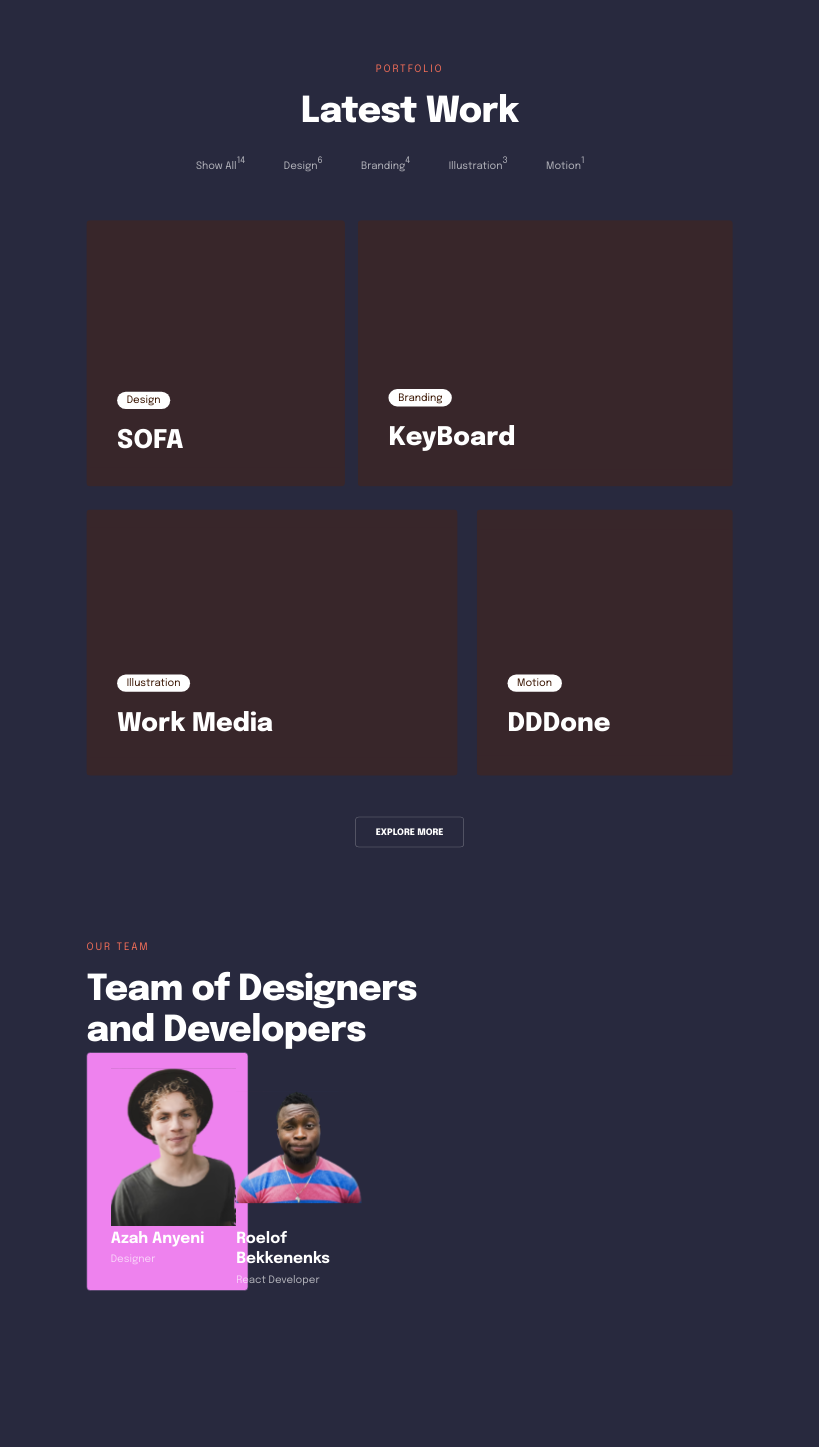
Repository: FidanXankishiyeva/figma-positions-task
Page: index.html
These files come from the project's save history. The page is drawn as it stood at one moment and after the next save; the edit follows.
The browser window is 1280 px wide. The pictures show the whole page, at 64% of full size.

Above is the page before, as saved 2023-08-10 13:34:20.

After the next save:
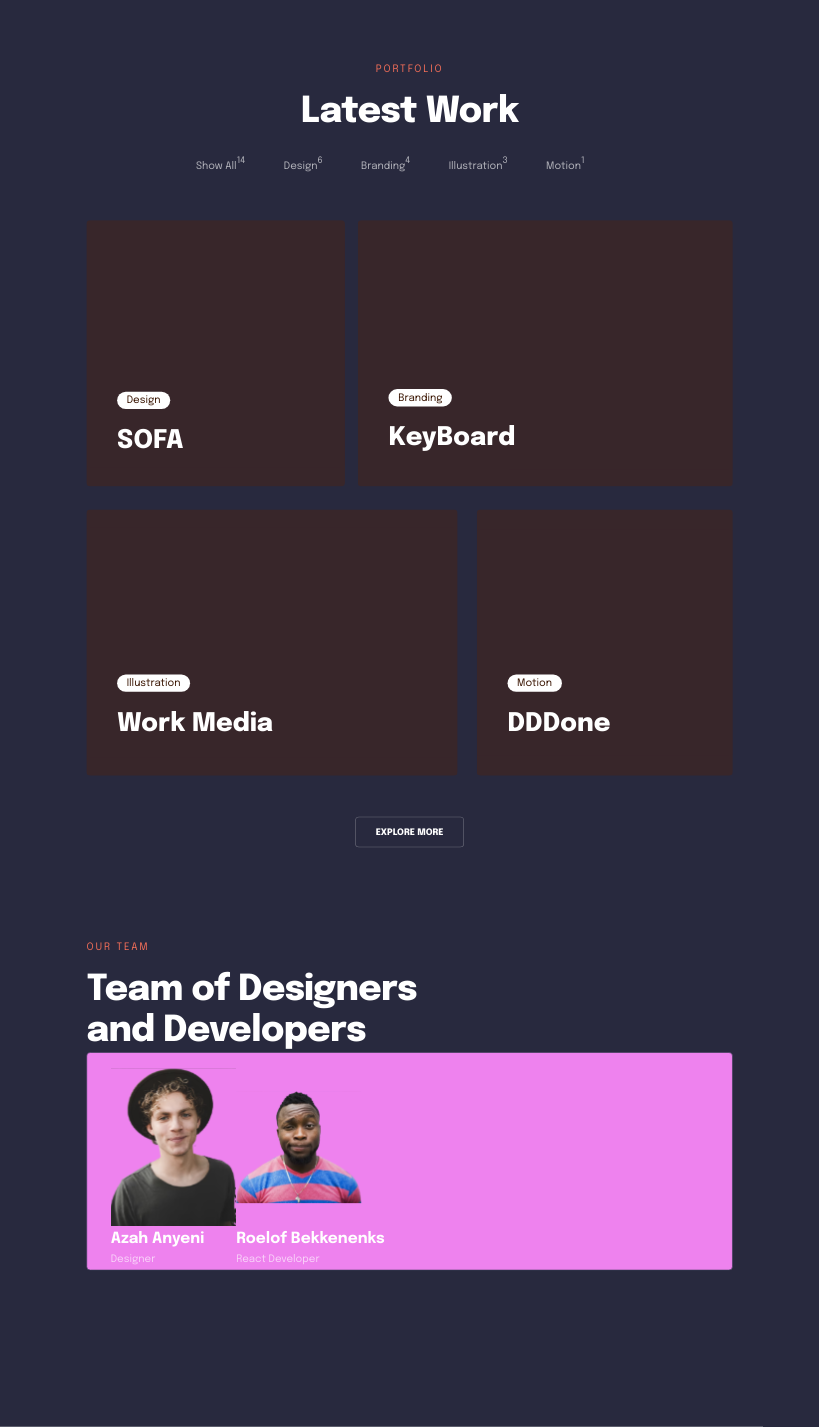
Saved 30 s later.
--- a/index.css
+++ b/index.css
@@ -276,7 +276,7 @@ button {
   letter-spacing: -1px;
 }
 .team-person ul {
-  width: 25%;
+  /* width: 25%; */
   padding: 24px 37px 0px 37px;
   display: flex;
   border-radius: 6px;
